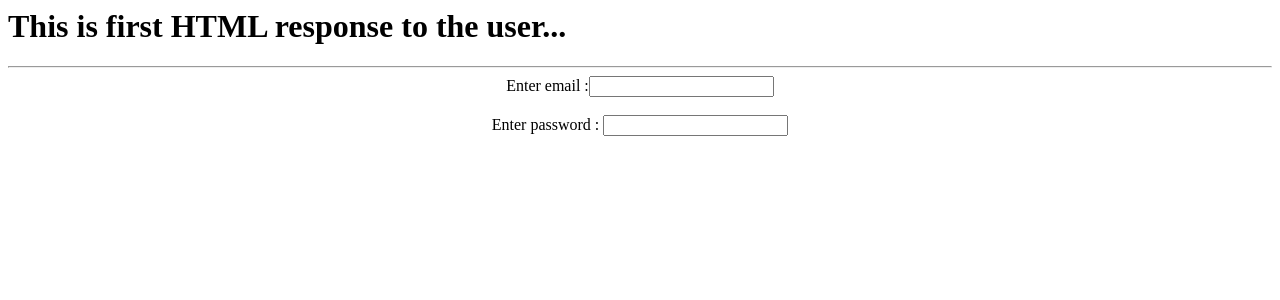
Repository: devandevare/Java
Page: http://localhost/first-web-app/sing-up
These files come from the project's save history. The page is drawn as it stood at one moment and after the next save; the edit follows.
The browser window is 1280 px wide. The pictures show the whole page.
The page is served by Tomcat 9.

Above is the page before, as saved 2022-09-25 07:56:30.

### Adv Java/Projects/first-web-app/src/main/java/FirstServlet.java


import java.io.IOException;
import java.io.PrintWriter;

import javax.servlet.ServletException;
import javax.servlet.annotation.WebServlet;
import javax.servlet.http.HttpServlet;
import javax.servlet.http.HttpServletRequest;
import javax.servlet.http.HttpServletResponse;

@WebServlet("/sing-up")
public class FirstServlet extends HttpServlet {
	private static final long serialVersionUID = 1L;


	protected void service(HttpServletRequest request, HttpServletResponse response) throws ServletException, IOException {

		System.out.println("This is the servelet");
		response.setContentType("text/html");

		PrintWriter out=response.getWriter();
		out.print("<h1>This is first HTML response to the user...</h1>");
		out.print("<hr>");

		out.print("<div align='center'>");
		out.print("<form action='' method='post'>");
		out.print("<label>Enter email :</label>");
		out.print("<input type='email' name='email'> </input>");
		out.print("<br/><br/>");
		out.print("<label>Enter password :</label>	");
		out.print("<input type='password' name='password'> </input>");
		out.print("");
		out.print("");
		out.print("");
	}

}

After the next save:
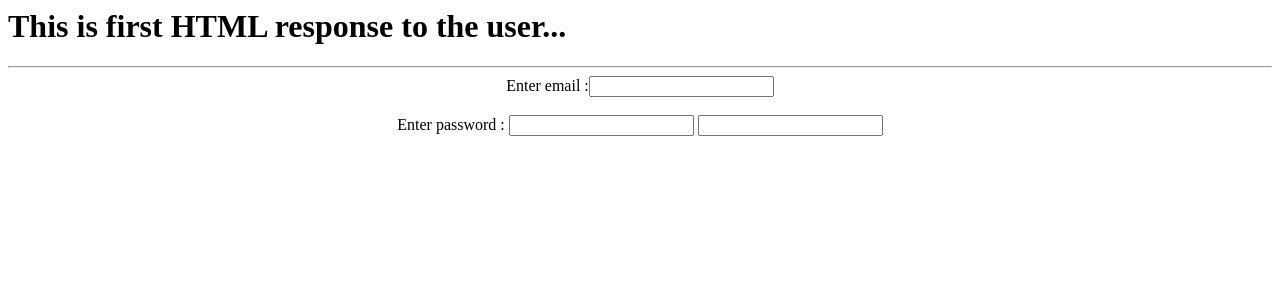
Saved 35 s later.
--- a/Adv Java/Projects/first-web-app/src/main/java/FirstServlet.java
+++ b/Adv Java/Projects/first-web-app/src/main/java/FirstServlet.java
@@ -28,7 +28,7 @@
 		out.print("<label>Enter email :</label>");
 		out.print("<input type='email' name='email'> </input>");
 		out.print("<br/><br/>");
-		out.print("<label>Enter password :</label>	");
+		out.print("<label>Enter password :</label>	<input type='password' name='password'> </input>");
 		out.print("<input type='password' name='password'> </input>");
 		out.print("");
 		out.print("");

After the save that followed:
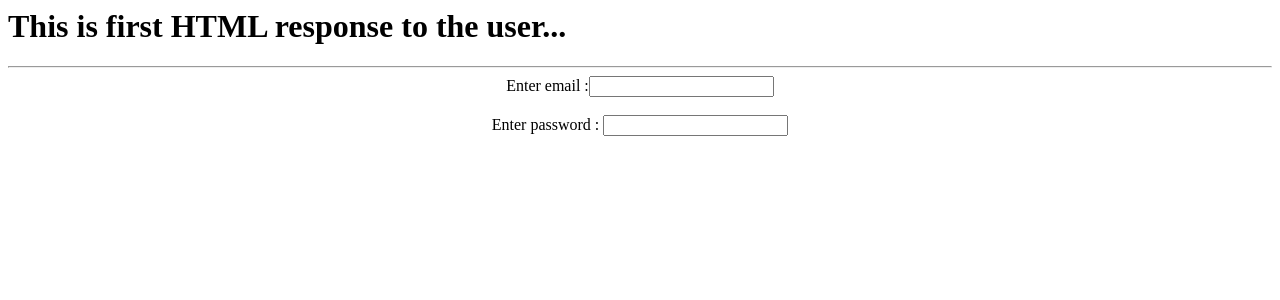
Saved 41 s later.
--- a/Adv Java/Projects/first-web-app/src/main/java/FirstServlet.java
+++ b/Adv Java/Projects/first-web-app/src/main/java/FirstServlet.java
@@ -29,7 +29,8 @@
 		out.print("<input type='email' name='email'> </input>");
 		out.print("<br/><br/>");
 		out.print("<label>Enter password :</label>	<input type='password' name='password'> </input>");
-		out.print("<input type='password' name='password'> </input>");
+		out.print("<br/><br/>");
+		out.print("");
 		out.print("");
 		out.print("");
 		out.print("");
